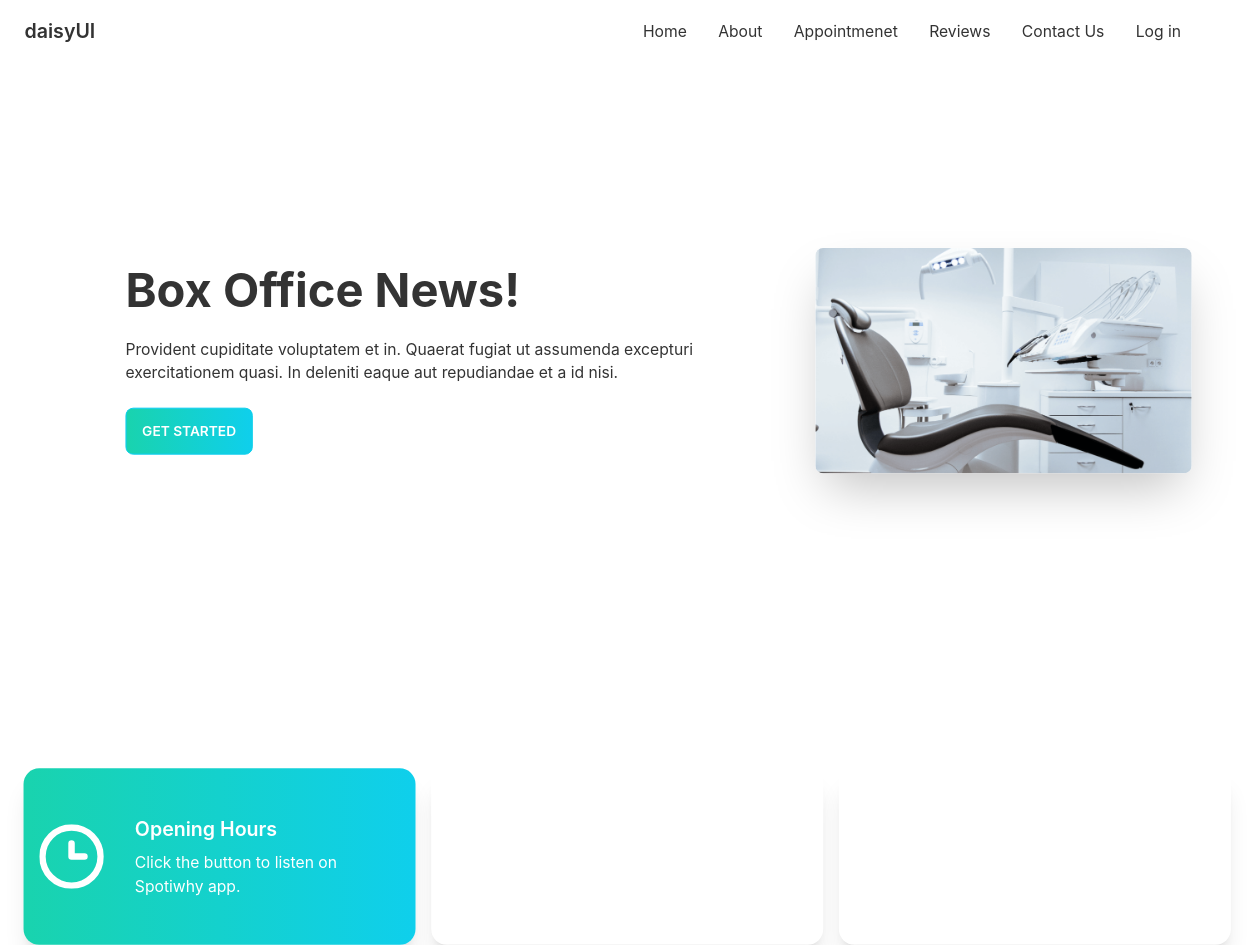
Repository: Tanvir3744/Doctors-client-website
Page: /
An editor plug-in stored every save of this project. The page is shown before and after the next save, followed by the edit.
The browser window is 1280 px wide. The pictures show the whole page, at 98% of full size.
The project was rebuilt for these pictures with package versions that can differ from the ones it lists, and the page was loaded fresh each time. Also part of the build but not shown: src/Pages/About/About.js, src/Pages/Login/Login.js, src/Pages/NotFound/NotFound.js.

Above is the page before, as saved 2022-05-25 17:52:54.

### src/App.js
import { Routes, Route } from 'react-router-dom'
import About from './Pages/About/About';
import Home from './Pages/Home/Home';
import Login from './Pages/Login/Login';
import NotFound from './Pages/NotFound/NotFound';
import Navbar from './Pages/Shared/Navbar';
function App() {
  return (
    <div className="App">
      <Navbar></Navbar>
      <Routes>
        <Route path='/' element={<Home />}></Route>
        <Route path='/home' element={<Home />}></Route>
        <Route path='/about' element={<About />}></Route>
        <Route path='/login' element={<Login />}></Route>
        <Route path='*' element={<NotFound />}></Route>
      </Routes>
    </div>
  );
}

export default App;

### src/Pages/Home/Home.js
import React from 'react';
import InfoCards from '../../components/InfoCards';
import Banner from './Banner/Banner';

const Home = () => {
    return (
        <div>
            <Banner />
            <InfoCards />
        </div>
    );
};

export default Home;

### src/Pages/Shared/Navbar.js
import React from 'react';
import { Link } from 'react-router-dom';

const Navbar = () => {
    //menu items stored here
    const menuItems = <>
        <li><Link to="/">Home</Link></li>
        <li><Link to="/about">About</Link></li>
        <li><Link to="/appointment">Appointmenet</Link></li>
        <li><Link to="/reviews">Reviews</Link></li>
        <li><Link to="/contact">Contact Us</Link></li>
        <li><Link to="/login">Log in </Link></li>
    </>
    return (
        <div>
            <div class="navbar bg-base-100">
                <div class="navbar-start">
                    <div class="dropdown">
                        <label tabindex="0" class="btn btn-ghost lg:hidden">
                            <svg xmlns="http://www.w3.org/2000/svg" class="h-5 w-5" fill="none" viewBox="0 0 24 24" stroke="currentColor"><path stroke-linecap="round" stroke-linejoin="round" stroke-width="2" d="M4 6h16M4 12h8m-8 6h16" /></svg>
                        </label>
                        <ul tabindex="0" class="menu menu-compact dropdown-content mt-3 p-2 shadow bg-base-100 rounded-box w-52">
                           {menuItems}
                        </ul>
                    </div>
                    <Link to='/' class="btn btn-ghost normal-case text-xl">daisyUI</Link>
                </div>
                <div class="navbar-center hidden lg:flex">
                    <ul class="menu menu-horizontal p-0">
                        {menuItems}
                    </ul>
                </div>
            </div>
        </div>
    );
};

export default Navbar;

### src/components/InfoCards.js
import React from 'react';
import ChildInfoCards from './ChildInfoCards';
import Clock from './../assets/icons/clock.svg'
import Marker from './../assets/icons/marker.svg'
import Phone from './../assets/icons/phone.svg'
const InfoCards = () => {

    return (
        <div className='grid px-6 grid-cols-1 lg:grid-cols-3 gap-4'>
            <ChildInfoCards bgClass='bg-gradient-to-r from-secondary to-primary' cardTitle='Opening Hours' img={Clock} />
            <ChildInfoCards bgClass='bg-dark' cardTitle='Our Location' img={Marker} />
            <ChildInfoCards bgClass='' cardTitle='Contact Us' img={Phone} />
        </div>
    );
};

export default InfoCards;

### src/Pages/Home/Banner/Banner.js
import React from 'react';
import chair from '../../../assets/images/chair.png'
const Banner = () => {
    return (
        <div className='px-12'>
            <div class="hero min-h-screen conatiner mx-auto">
                <div class="hero-content flex-col lg:flex-row-reverse -mt-28">
                    <img src={chair} class="max-w-sm rounded-lg shadow-2xl " />
                    <div className='px-16'>
                        <h1 class="text-5xl font-bold">Box Office News!</h1>
                        <p class="py-6">Provident cupiditate voluptatem et in. Quaerat fugiat ut assumenda excepturi exercitationem quasi. In deleniti eaque aut repudiandae et a id nisi.</p>
                        <button class="btn btn-primary text-white rounded-lg bg-gradient-to-r from-secondary to-primary">Get Started</button>
                    </div>
                </div>
            </div>
        </div>
    );
};

export default Banner;

### src/components/ChildInfoCards.js
import React from 'react';

const ChildInfoCards = (props) => {
    const {img, cardTitle, bgClass} = props;
    return (
        <div className='container'>
            <div className={`card lg:card-side shadow-xl p-4 pl-4  ${bgClass}`}>
                <figure><img src={img} alt="Info cards" /></figure>
                <div class="card-body text-white">
                    <h2 class="card-title">{cardTitle}</h2>
                    <p>Click the button to listen on Spotiwhy app.</p>
                </div>
            </div>
        </div>
    );
};

export default ChildInfoCards;

### tailwind.config.js
module.exports = {
  content: ["./src/**/*.{html,js}"],
  theme: {
    extend: {},
  },
  daisyui: {
    themes: [
      {

        mytheme: {
          primary: "#0FCFEC",
          secondary: "#19D3AE",
          neutral: "#3d4451",
          dark : "#3A4256",
          accent: "#37cdbe",
          "base-100": "#ffffff",
        },
      },
      "cupcake",
    ],
  },
  plugins: [require("daisyui")],
}

Loaded but not shown: public/index.html (common file); src/index.js (common file); src/index.css (common file); src/reportWebVitals.js (common file)

After the next save:
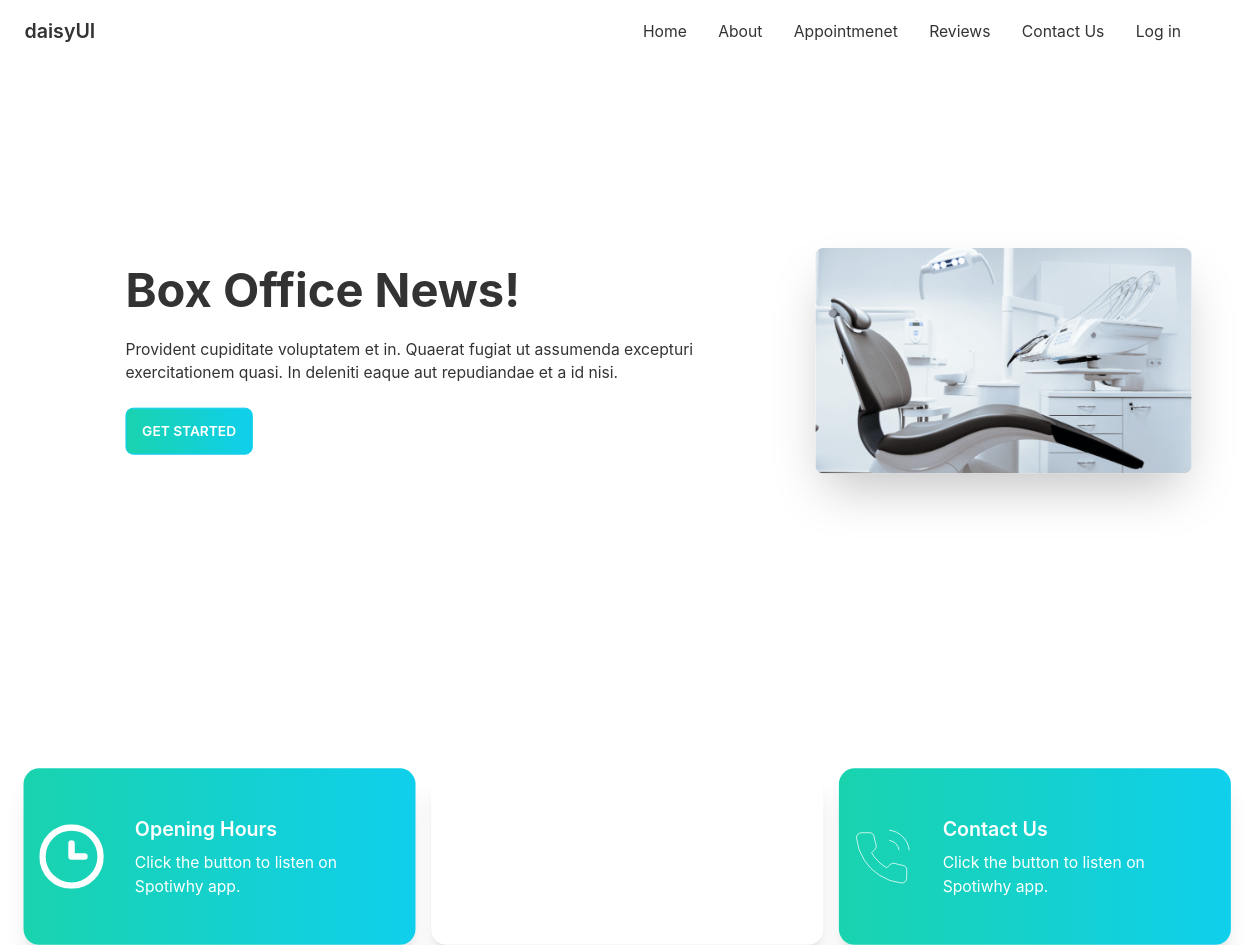
Saved 15 s later.
--- a/src/components/InfoCards.js
+++ b/src/components/InfoCards.js
@@ -9,7 +9,7 @@ const InfoCards = () => {
         <div className='grid px-6 grid-cols-1 lg:grid-cols-3 gap-4'>
             <ChildInfoCards bgClass='bg-gradient-to-r from-secondary to-primary' cardTitle='Opening Hours' img={Clock} />
             <ChildInfoCards bgClass='bg-dark' cardTitle='Our Location' img={Marker} />
-            <ChildInfoCards bgClass='' cardTitle='Contact Us' img={Phone} />
+            <ChildInfoCards bgClass='bg-gradient-to-r from-secondary to-primary' cardTitle='Contact Us' img={Phone} />
         </div>
     );
 };
